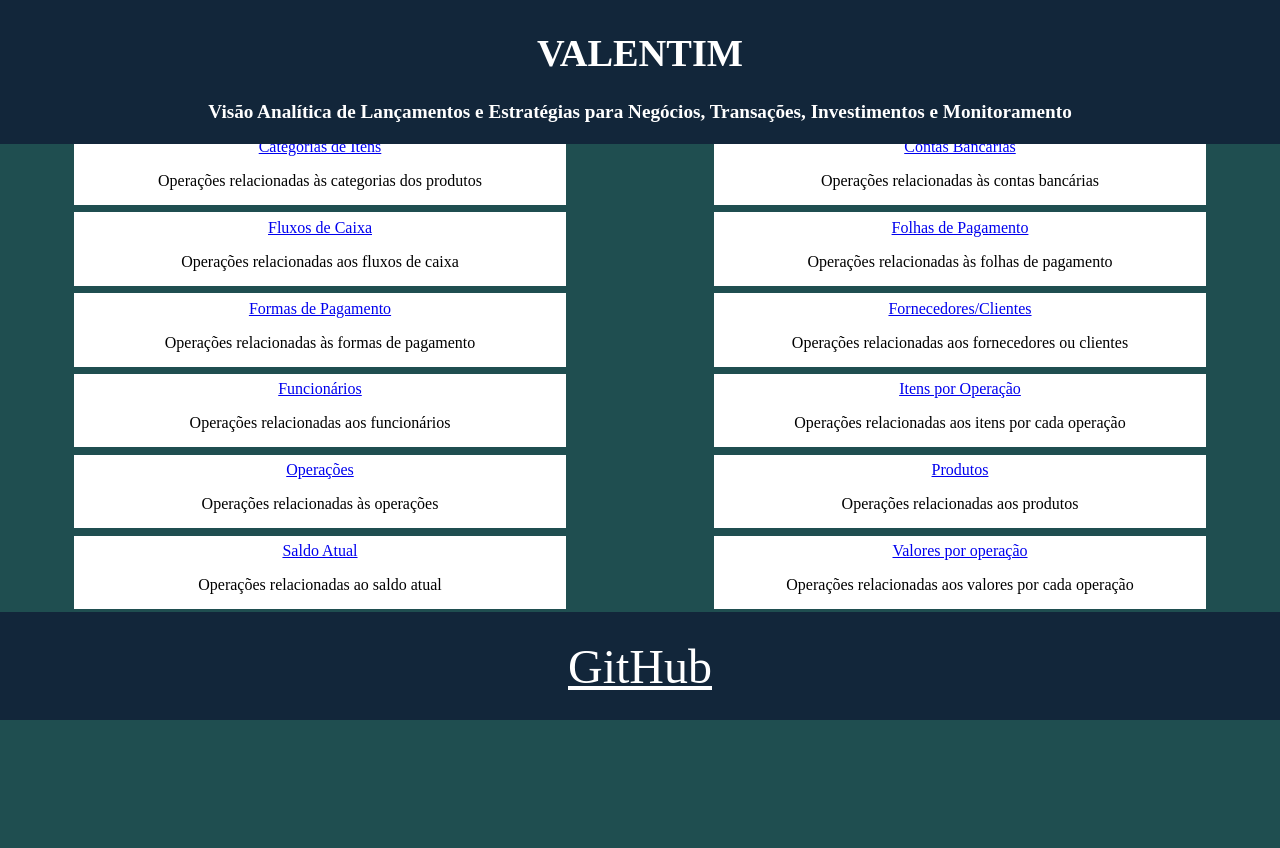
Repository: Matheus-Lacerda009/ERP-Financeiro
Page: Front/menu/menu.html
The author's editor kept a copy of each file at every save. The page is drawn from the files as they stood at one save, then again after the next save.
The browser window is 1280 px wide. The pictures show the whole page.

Above is the page before, as saved 2026-07-13 19:08:23.

### Front/menu/menu.html
<!DOCTYPE html>
<html lang="en">
<head>
    <meta charset="UTF-8">
    <meta name="viewport" content="wclassth=device-wclassth, initial-scale=1.0">
    <link rel="stylesheet" href="menu.css">
    <title>Document</title>
</head>
<body>
    <header>
        <h1>VALENTIM</h1>
        <h2>Visão Analítica de Lançamentos e Estratégias para Negócios, Transações, Investimentos e Monitoramento</h2>
    </header>
    <main>
        <div id="espaço"></div>
        <div class="container">
            <div class="divEntidades">
                <a href="../categoria_item/categoria_item.html">Categorias de Itens</a>
                <p>Operações relacionadas às categorias dos produtos</p>
            </div>
            <div class="divEntidades">
                <a href="../conta_bancaria/conta_bancaria.html">Contas Bancárias</a>
                <p>Operações relacionadas às contas bancárias</p>
            </div>
            <div class="divEntidades">
                <a href="../fluxo_caixa/fluxo_caixa.html">Fluxos de Caixa</a>
                <p>Operações relacionadas aos fluxos de caixa</p>
            </div>
            <div class="divEntidades">
                <a href="../folha_pagamento/folha_pagamento.html">Folhas de Pagamento</a>
                <p>Operações relacionadas às folhas de pagamento</p>
            </div>
            <div class="divEntidades">
                <a href="../forma_pagamento/forma_pagamento.html">Formas de Pagamento</a>
                <p>Operações relacionadas às formas de pagamento</p>
            </div>
            <div class="divEntidades">
                <a href="../fornecedor_cliente/fornecedor_cliente.html">Fornecedores/Clientes</a>
                <p>Operações relacionadas aos fornecedores ou clientes</p>
            </div>
            <div class="divEntidades">
                <a href="../funcionario/funcionario.html">Funcionários</a>
                <p>Operações relacionadas aos funcionários</p>
            </div>
            <div class="divEntidades">
                <a href="../itens_operacao/itens_operacao.html">Itens por Operação</a>
                <p>Operações relacionadas aos itens por cada operação</p>
            </div>
            <div class="divEntidades">
                <a href="../operacao/operacao.html">Operações</a>
                <p>Operações relacionadas às operações</p>
            </div>
            <div class="divEntidades">
                <a href="../produtos/produtos.html">Produtos</a>
                <p>Operações relacionadas aos produtos</p>
            </div>
            <div class="divEntidades">
                <a href="../saldoAtual/saldoAtual.html">Saldo Atual</a>
                <p>Operações relacionadas ao saldo atual</p>
            </div>
            <div class="divEntidades">
                <a href="../valor_pVenda/valor_pVenda.html">Valores por operação</a>
                <p>Operações relacionadas aos valores por cada operação</p>
            </div>
            <div class="divEntidades">
                <a href="../valor_salario/valor_salario.html">Salários</a>
                <p>Operações relacionadas aos salários</p>
            </div>
            <div class="divEntidades">
                <a href="../notaFiscal/nota_fiscal.html">Notas Fiscais</a>
                <p>Operações relacionadas às notas fiscais</p>
            </div>
        </div>
    </main>
    <footer>
        <a href="https://github.com/Matheus-Lacerda009/ERP-Financeiro.git" id="github">GitHub</a>
    </footer>
</body>
</html>

### Front/menu/menu.css
body{
    overflow: hidden;
}
header{
    position: fixed;
    top: 0;
    left: 0;
    width: 100%;
    height: 20%;
    background-color: #12263A;
    z-index: 1;
    text-align: center;
    align-content: center;
}

footer{
    position: fixed;
    bottom: 0;
    left: 0;
    width: 100%;
    height: 15%;
    background-color: #12263A;
    text-align: center;
    align-content: center;
}

#github{
    color: white;
    font-size: 300%;
}

header, h1{
    font-size: 300%;
    color: white;
    font-size: 3vw;
}

header, h2{
    color: white;
    font-size: 1.5vw;
}

body{
    margin: 0;
    padding: 0;
    background-color: #1f4e50;
}

.container{
    height: 100vh;
    width: 100%;
    margin-top: 10%;
    box-sizing: border-box;
    display: grid;
    grid-template-columns: repeat(2, 7fr);
    align-content: start;
}

.divEntidades{
    height: 75%;
    width: 75%;
    background-color: white;
    text-align: center;
    padding: 1%;
    margin: auto;
}

After the next save:
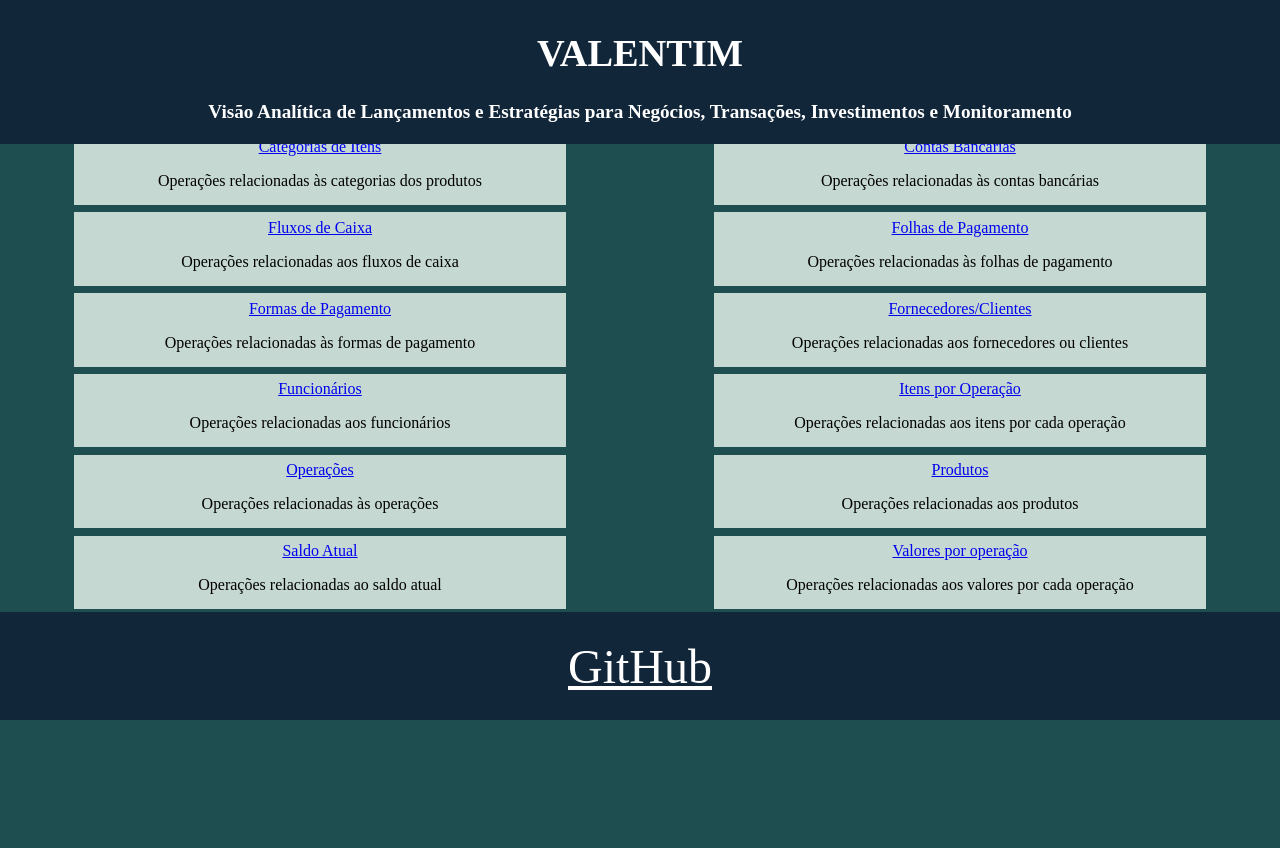
Saved 11 s later.
--- a/Front/menu/menu.css
+++ b/Front/menu/menu.css
@@ -59,7 +59,7 @@ body{
 .divEntidades{
     height: 75%;
     width: 75%;
-    background-color: white;
+    background-color: #C5D8D1;
     text-align: center;
     padding: 1%;
     margin: auto;
